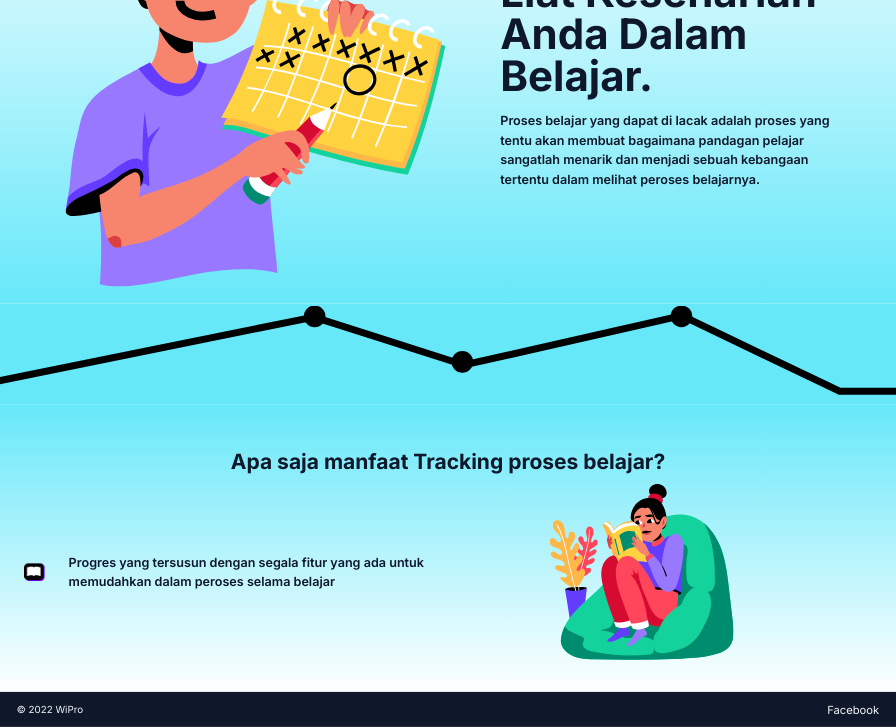
Repository: Fabian21-dum/amba-ajar
Page: / (app in frontend/)
The author's editor kept a copy of each file at every save. The page is drawn from the files as they stood at one save, then again after the next save.
The browser window is 1280 px wide. The pictures show the part of the page from y = 1348 to 3268 px (the page is 2387 px tall before and 3268 px after), at 70% of full size.
The project was rebuilt for these pictures with package versions that can differ from the ones it lists, and the page was loaded fresh each time. Also part of the build but not shown: frontend/vite.config.js, frontend/src/components/Input.jsx, frontend/src/pages/LoginPage.jsx, frontend/src/pages/NotFoundPage.jsx, frontend/src/pages/RegisterPage.jsx, frontend/src/contexts/GlobalContext.jsx, frontend/src/components/ChartBar.jsx, frontend/src/components/Jam.jsx and 18 more. Imported but missing from the stored project, and not drawn on this page: frontend/src/assets/Sound/alarm.wav.

Above is the page before, as saved 2022-11-15 00:34:03.

After the next save:
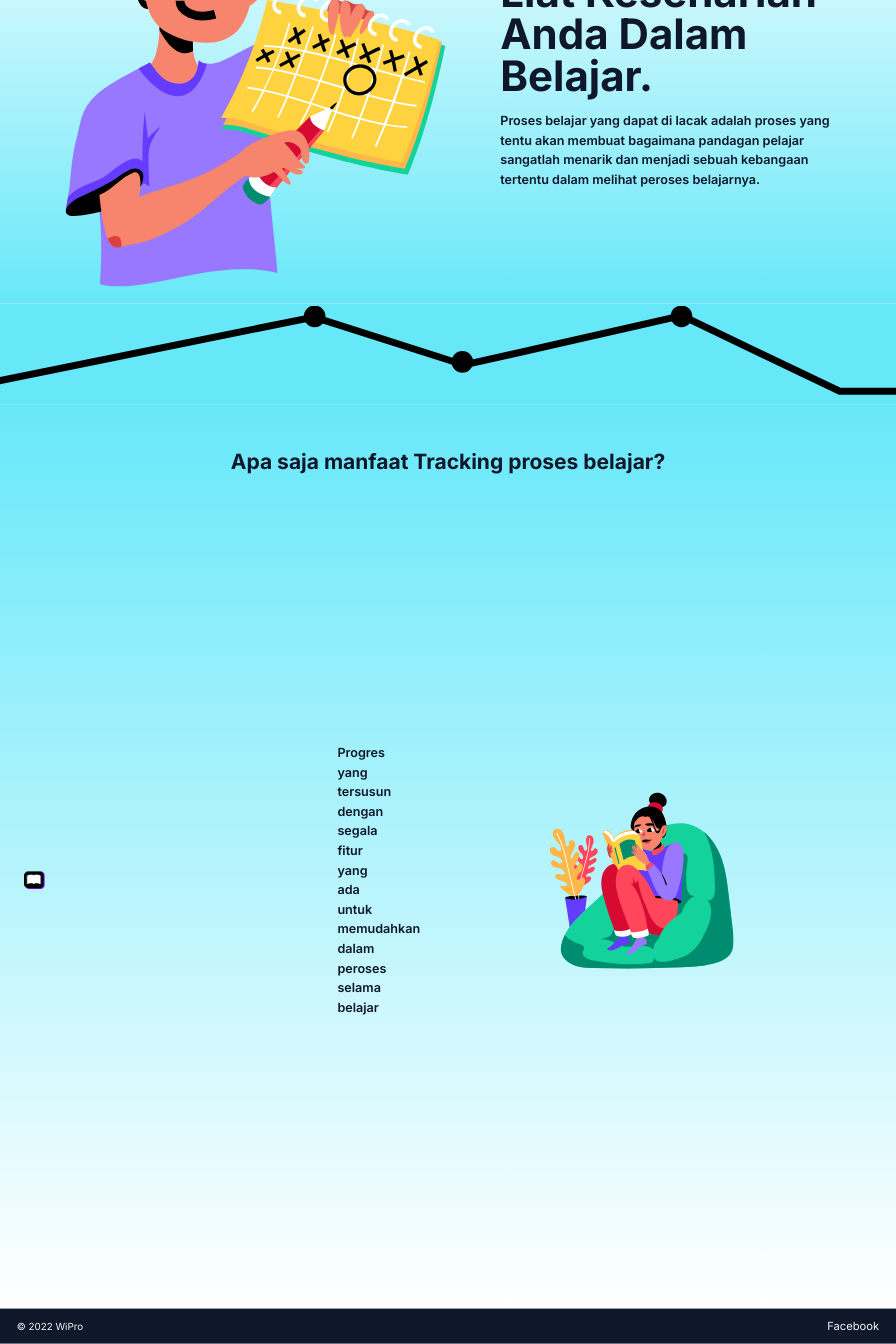
Saved 11 s later.
--- a/frontend/src/pages/HomePage.jsx
+++ b/frontend/src/pages/HomePage.jsx
@@ -62,7 +62,7 @@
             <img className='lg:w-auto'  src={HomeBook} alt='home' />
           </div>
           <div className='w-au lg:max-w-lg'>
-            <h2 className='font-semibold right-96 md:text-lg'>
+            <h2 className='font-semibold m-96 md:text-lg'>
             Progres yang tersusun dengan segala fitur yang ada untuk memudahkan dalam peroses selama belajar
             </h2>
           </div>

After the 2 saves that followed:
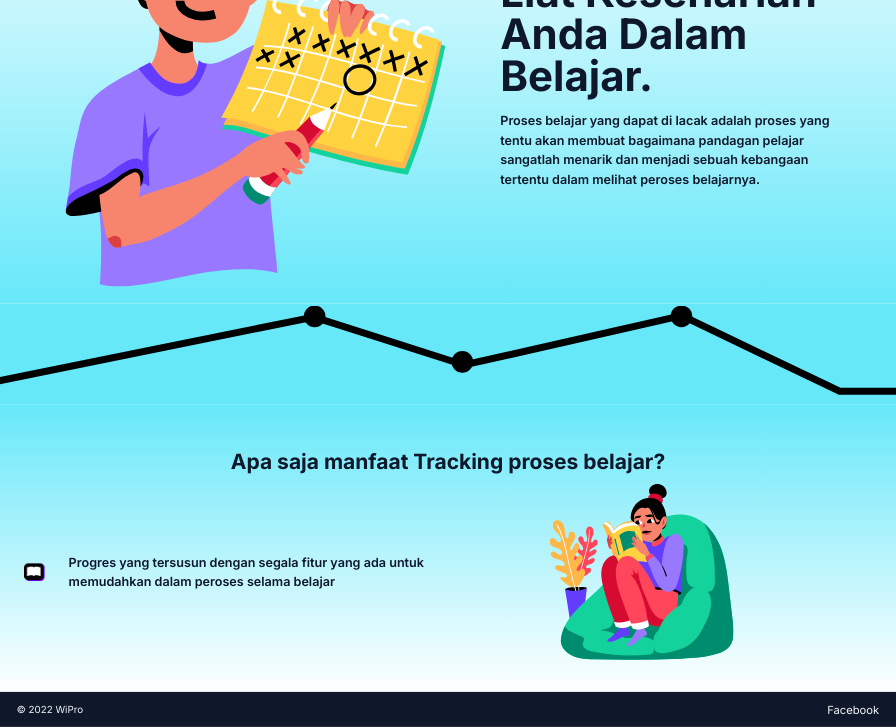
The 2 saves are shown as one change because they came seconds apart.
The last was saved 13 s later.
--- a/frontend/src/pages/HomePage.jsx
+++ b/frontend/src/pages/HomePage.jsx
@@ -62,7 +62,7 @@
             <img className='lg:w-auto'  src={HomeBook} alt='home' />
           </div>
           <div className='w-au lg:max-w-lg'>
-            <h2 className='font-semibold m-96 md:text-lg'>
+            <h2 className='font-semibold md:text-lg'>
             Progres yang tersusun dengan segala fitur yang ada untuk memudahkan dalam peroses selama belajar
             </h2>
           </div>
